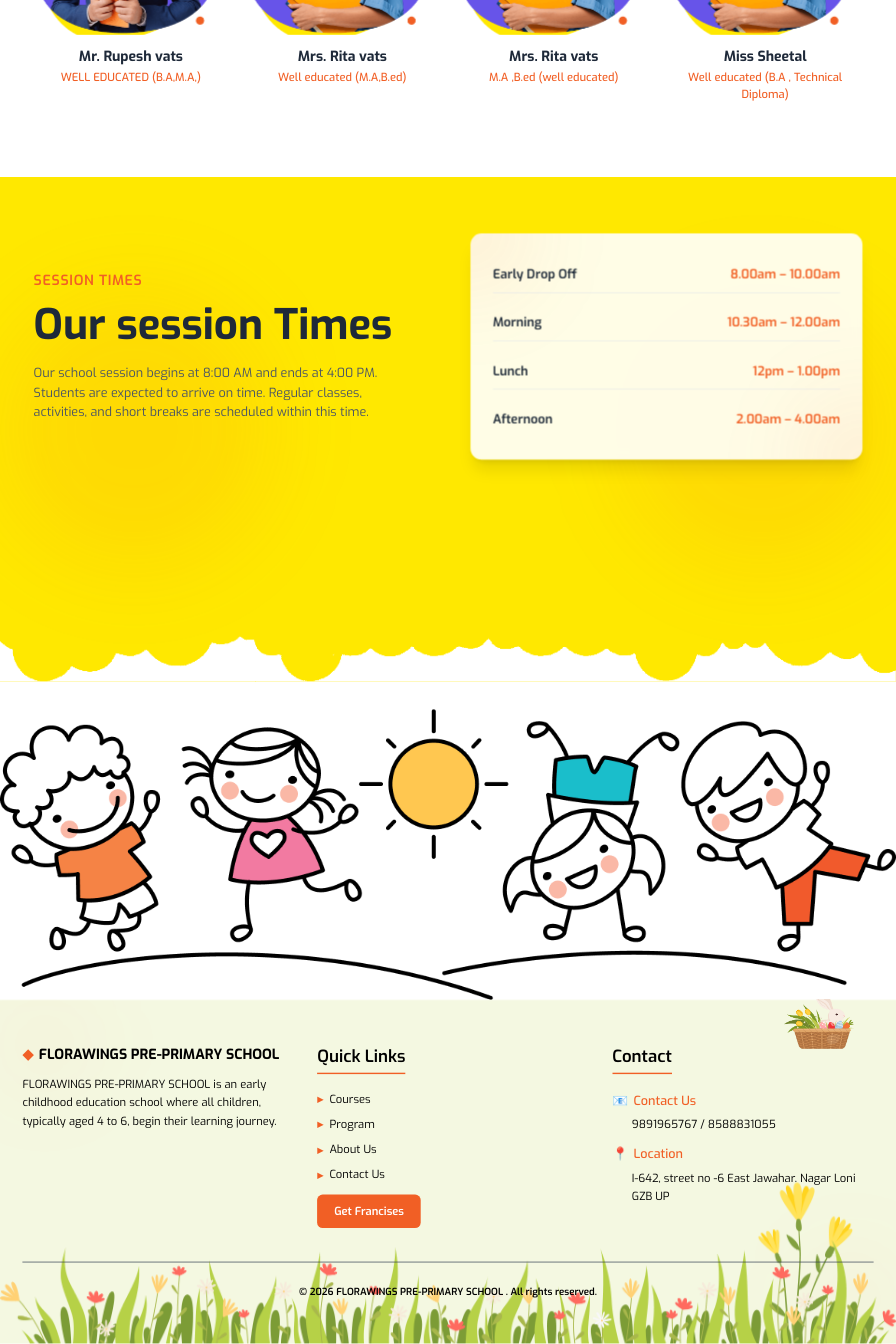
Repository: deepak445566/school
Page: / (app in okwork/)
These files come from the project's save history. The page is drawn as it stood at one moment and after a run of saves; the edit follows.
The browser window is 1280 px wide. The pictures show the part of the page from y = 3588 to 5508 px (the page is 5508 px tall), at 70% of full size.
Some web fonts or font styles are not loaded; a fallback is used. The project was rebuilt for these pictures with package versions that can differ from the ones it lists, and the page was loaded fresh each time. Some packages were replaced by stand-ins written for this rebuild. Also part of the build but not shown: okwork/vite.config.js.

Above is the page before, as saved 2026-02-18 21:08:16.

After the next 2 saves:
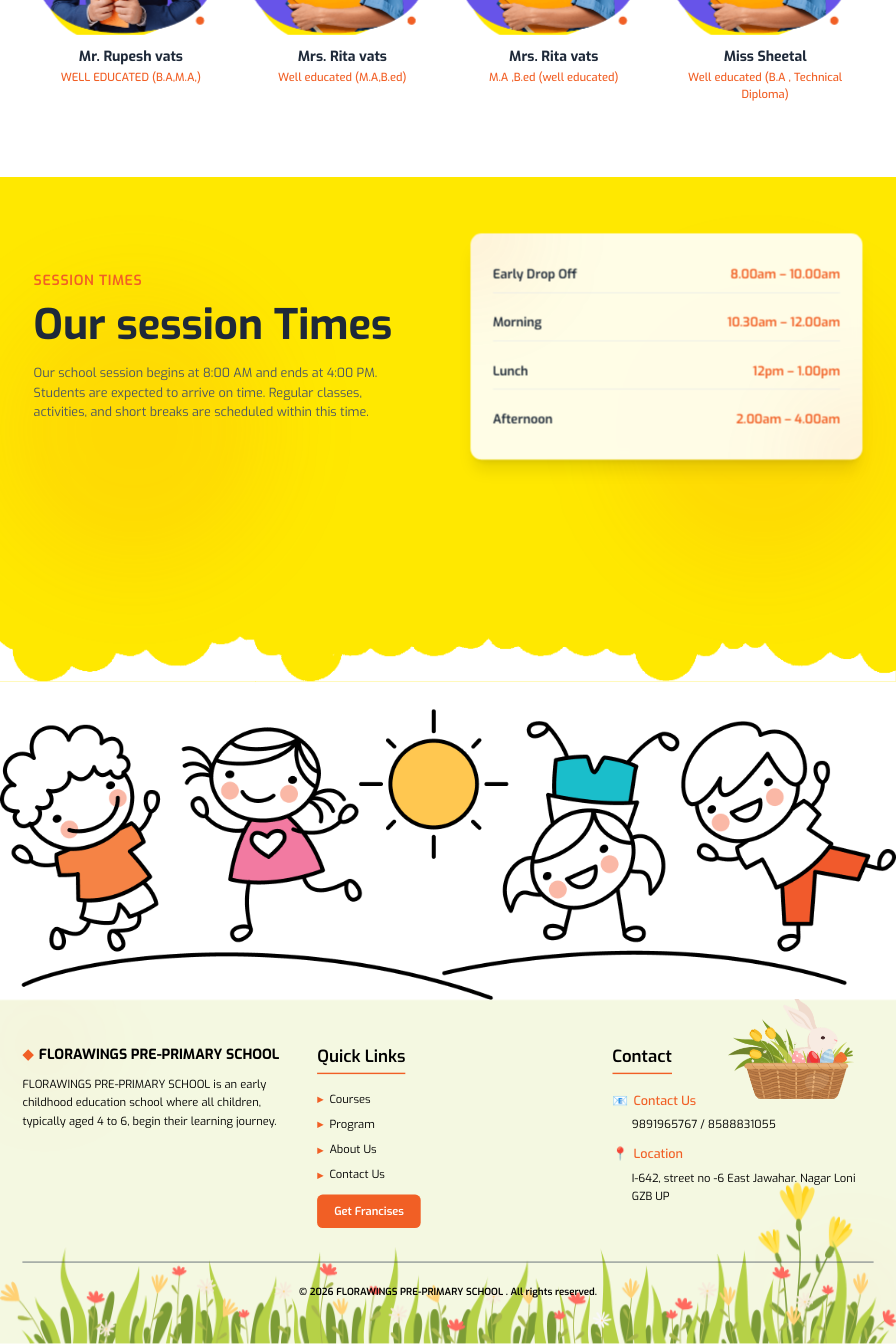
The 2 saves are shown as one change because they came seconds apart.
The last was saved 8 s later.
--- a/okwork/src/components/Footer.jsx
+++ b/okwork/src/components/Footer.jsx
@@ -7,7 +7,7 @@ const Footer = () => {
        <img
                 src="/images/busket.png"
                 alt="Decorative element"
-                className="absolute top-6 -right-5 lg:right-7  z-20 w-17 h-17 md:w-25 md:h-25 object-contain -translate-x-4 -translate-y-4 animate-bounce-slow "
+                className="absolute top-6 -right-5 lg:right-7  z-20 w-17 h-17 md:w-45 md:h-45 object-contain -translate-x-4 -translate-y-4 animate-bounce-slow "
               />
       <div className="absolute top-0 left-0 w-32 h-32 bg-[#F15F25]/5 rounded-full blur-3xl"></div>
       <div className="absolute bottom-0 right-0 w-32 h-32 bg-[#F15F25]/5 rounded-full blur-3xl"></div>
